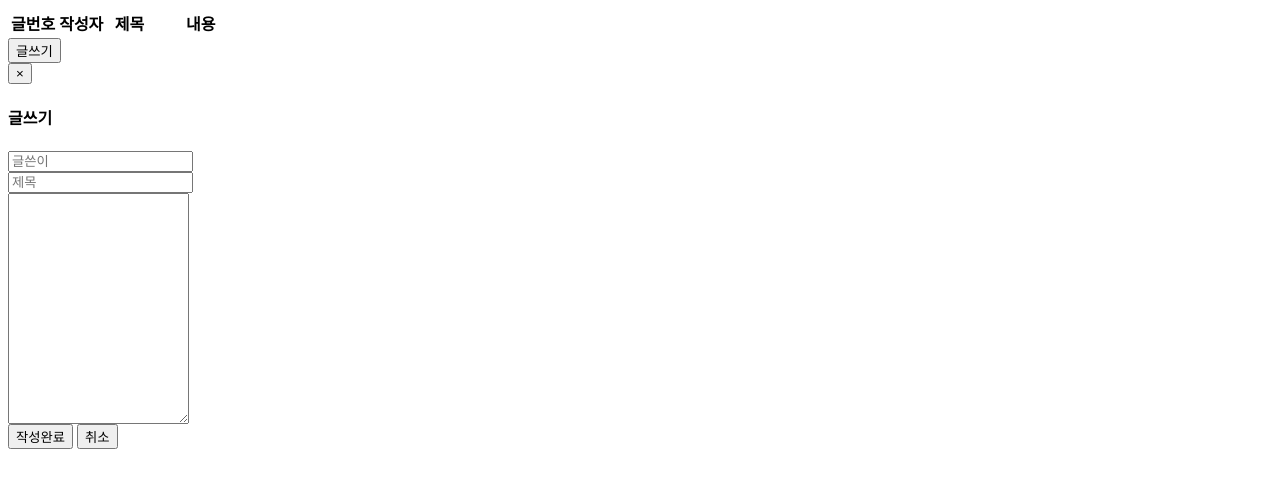
Repository: jjjikolpp/Developer
Page: http://localhost/myProject/include_normal_board.jsp
These files come from the project's save history. The page is drawn as it stood at one moment and after the next save; the edit follows.
The browser window is 1280 px wide. The pictures show the whole page.
The page is served by Tomcat 9. Nobody is signed in. The application's start-up code is not run. Other server files are loaded and not shown.

Above is the page before, as saved 2017-04-13 08:42:00.
Console error: ReferenceError: $ is not defined

### myProject/src/main/webapp/include_normal_board.jsp
<%@ page language="java" contentType="text/html; charset=UTF-8"
	pageEncoding="UTF-8"%>
<!DOCTYPE html PUBLIC "-//W3C//DTD HTML 4.01 Transitional//EN" "http://www.w3.org/TR/html4/loose.dtd">
<html>
<head>
<meta http-equiv="Content-Type" content="text/html; charset=UTF-8">
<title>Insert title here</title>
</head>
<script type="text/javascript">
	var title;
	var writer;
	var context;
	var nno;
	var pageNo = 1;
	var pageNum = 0;
	var state;
	//$(document).ready(normalViewAll());
	$(document).ready(count(1));

	function count(pageNo){

		console.log(pageNo);
		$.ajax({

			type : "get",
			url : "normal_count",
			dataType : "json",
			data : {pageNo : pageNo},
			success : function(data) {
				pageNum = data.count;
				console.log("count : " + data.count);
			},
			error : function(error) {
				console.log("normal_count err");
			}
		});
		setTimeout( () => {
		normalViewAll(pageNo);

		}, 10);
	}

	function normalViewAll(pageNo) {
		$("#jsonId").empty();


		$.ajax({

			type : "get",
			url : "normal",
			dataType : "json",
			data : {pageNo : pageNo},
			success : function(jsonData) {
				//console.log("data loding success");
				var str = "";
				var list = jsonData.datas;
				//console.log(list.length);
				//$("#jsonId").empty();
				$(list).each(
						function(index, objArr) {
							var splitid = this.n_context.substring(0,3);
							//console.log(splitid);

							str += '<tr>';
							str += '<td size="5">' + this.n_no + '</td>';
							str += '<td size="5">' + this.n_writer + '</td>';
							str += '<td size="10">' + this.n_title + '</td>';
							str += '<td>' + '<a href="#" onclick="selectShow('
									+ this.n_no + ')">' + splitid
									+ '<a>' + '</td>';
							str += '</tr>';
						});
				$("#jsonId").append(str) // 게시물
				// paging
				str = "";
				for (var a = 1; a <= pageNum; a++) {
					if (a  == pageNo) {

						str += a + "&nbsp";
					}else{
						str += '<a href="#" onclick="count('+ a + ')">' + a + '</a>' + '&nbsp';
					}
				}

				// 중
				$("#jsonId").append(str);

			},
			error : function() {
				console.log("normal_board_error");
			}

		});
	}

	function insertOk() { //작업중  //
		writer = $("#insertWriter").val();
		title = $("#insertTitle").val();
		context = $("#insertText").val();
		var formData = [ writer, title, context ];

		//
		console.log('insert 동작중');

		$.ajax({
			url : 'insertOk',
			dataType : 'json',
			type : 'POST',
			data : {
				writer : writer,
				title : title,
				context : context
			},
			success : function(stateData) {
				console.log(stateData);
				$("#jsonId").empty();
				normalViewAll("1");
			},
			error : function(error) {
				console.log(error);
			},
		});
		console.log('insert 동작 완료');

	}

	function selectShow(n_no) {
		$
				.ajax({
					url : 'selectNormal',
					dataType : 'json',
					type : 'GET',
					data : {
						n_no : n_no
					},
					success : function(jsonData) {
						nno = n_no;

						title = jsonData.n_title;
						writer = jsonData.n_writer;
						context = jsonData.n_context;
						var y = [ n_no, title, writer, context ];

						var str = "";
						str += '<button type="button" class="close" data-dismiss="modal">&times;</button>';

						str += '<div class="col-sm-9">';
						str += '<h4 class="modal-title">' + n_no + '번글</h4>'; // 1번호 작업
						str += '</div>';
						str += '<div class="col-sm-9" id="insertWriter">';
						str += '글쓴이 : ' + jsonData.n_writer;
						str += '</div></div>';

						str += '<div class="col-sm-9" id="insertTitle">';
						str += '제목 : ' + jsonData.n_title;
						str += '</div>';

						$("#modalTitle").html(str);

						str = "";
						str += '<div id="updateContext">'+jsonData.n_context+'</div>';

						$("#modalBody").html(str);

						str = "";

						str += '<button type="button" onclick="updateGo('
								+ n_no + ')"';
						str += 'class="btn btn-default">수정하러 가기</button>';
						str += '<button type="button" onclick="deleteGo('
								+ n_no + ')"';
						str += 'class="btn btn-default" data-dismiss="modal">글삭제</button>';

						str += '<button type="button" class="btn btn-default" data-dismiss="modal">취소</button>';

						$("#modalFooter").html(str);

						//modal을 띄워준다.

						$("#myModal").modal('show');

					},
					error : function(error) {
						console.log(error);
					},
				});

	}

	function updateGo(n_no) {
		state = 2;
		str = "";

		str += '<button type="button" class="close" data-dismiss="modal">&times;</button>';
		str += '<h4 class="modal-title">' + n_no + '번글 수정하기</h4>';
		str += '<div class="col-sm-3">';
		str += '<input class="form-control" id="insertWriter" name="name" type="text" placeholder="'+writer+'" value="'+writer+'" >';
		str += '</div>';
		str += '<div class="col-sm-9"><input type="text" class="form-control" id="insertTitle" placeholder="'+title+'" value="'+title+'"></div>';

		$("#modalTitle").html(str);

		str = "";

		str += '<textarea class="form-control" rows="15" id="insertText">'
				+ context + '</textarea>';

		$("#modalBody").html(str);

		str = '<button type="button" onclick="insertCheck('+state+');" class="btn btn-default" data-dismiss="modal">수정하기</button> <button type="button" class="btn btn-default" data-dismiss="modal">취소</button>';

		$("#modalFooter").html(str);
	}

	function updateOk() {
		title = $("#insertTitle").val();
		writer = $("#insertWriter").val();
		context = $("#insertText").val();
		console.log("title : " + title + ", writer : " + writer + ", context : " + context)

		$.ajax({
			url : 'updateOk',
			dataType : 'json',
			type : 'POST',
			data : {
				n_no : nno,
				title : title,
				writer : writer,
				context : context
			},
			success : function(data) {
				if (data.state == "UpdateCheckOk") {
					console.log("update 완료");
					$("#jsonId").empty();
					normalViewAll(1);
				} else if (data.state == "UpdateCheckNo") {
					console.log("update 실패")
				} else {
					console.log("updateOk() err")
				}
			},
			error : function(error) {

			}
		});

	};

	function deleteGo(n_no) {
		$.ajax({
			url : "deleteGo",
			method : "get",
			data : {
				n_no : n_no
			},
			dataType : "json",
			success : function(data) {
				if (data.state = "DeleteOk") {
					console.log("삭제 완료")
				} else if (data.state = "DeleteNo") {
					console.log("삭제 실패")
				} else {
					console.log("DeleteGo Controller err")
				}
			},
			error : function(error) {
				console.log("deleteGo err : " + error)
			}
		});
		$("#jsonId").empty();
		setTimeout("normalViewAll()", 30);

	}

	function getTextLength(str) { // 문자열 길이
        var len = 0;
        for (var i = 0; i < str.length; i++) {
            if (escape(str.charAt(i)).length == 6) {
                len++;
            }
            len++;
        }
        return len;
    }


	function insertCheck(state) { // 여기하는중
		//alert(getTextLength($("#insertWriter").val()));
		if ($.trim($("#insertWriter").val()) == "") {
			str = "";

			str += '<button type="button" class="close" data-dismiss="modal">&times;</button>';
			str += '<h4 class="modal-title">글쓰기</h4>';
			str += '<div class="col-sm-3 has-error">';
			str += '<input class="form-control" id="insertWriter" name="name" type="text" placeholder="글쓴이">';
			str += '<span class="glyphicon glyphicon-remove form-control-feedback"></span>';
			str += '</div>';
			str += '<div class="col-sm-9">';
			str += '<input type="text" class="form-control" id="insertTitle" placeholder="제목">';
			str += '</div>';

			$("#modalTitle").html(str);

			$('#myModal').modal({
				remote : 'modal.html'
			});

		} else if ($.trim($("#insertTitle").val()) == "") {
			var writer = $("#insertWriter").val();

			str = "";

			str += '<button type="button" class="close" data-dismiss="modal">&times;</button>';
			str += '<h4 class="modal-title">글쓰기</h4>';
			str += '<div class="col-sm-3">';
			str += '<input class="form-control" id="insertWriter" name="name" type="text" placeholder="글쓴이" value="'+writer+'">';
			str += '</div>';
			str += '<div class="col-sm-9 has-error">';
			str += '<input type="text" class="form-control" id="insertTitle" placeholder="제목">';
			str += '<span class="glyphicon glyphicon-remove form-control-feedback"></span>';
			str += '</div>';

			$("#modalTitle").html(str);

			//
			$('#myModal').modal({
				remote : 'modal.html'
			});

		} else if ($.trim($("#insertText").val()) == "") {

			str = "";
			str += '<div class="has-error">';
			str += '<span class="glyphicon glyphicon-remove form-control-feedback"></span>';
			str += '<textarea class="form-control " rows="15" id="insertText" placeholder="내용이 있어야 합니다"></textarea>';

			str += '</div>';
			$("#modalBody").html(str);
			$('#myModal').modal({
				remote : 'modal.html'
			});

		} else {
			if (state == 1) {
				insertOk();

			}else if (state == 2){
				updateOk();
			}else {
				alert("insert / update Check err")
				return;
			}
			$('#myModal').modal('hide');
		}
	}

	function writeView() {
		state = "1";
		var str = "";

		str += '<button type="button" class="close" data-dismiss="modal">&times;</button>';
		str += '<h4 class="modal-title">글쓰기</h4>';
		str += '<div class="col-sm-3">';
		str += '<input class="form-control" id="insertWriter" name="name" type="text" placeholder="글쓴이">';
		str += '</div>';
		str += '<div class="col-sm-9">';
		str += '<input type="text" class="form-control" id="insertTitle" placeholder="제목">';
		str += '</div>';

		$("#modalTitle").html(str);

		str = "";

		str += '<textarea class="form-control " rows="15" id="insertText"></textarea>';

		//
		$("#modalBody").html(str);

		str = "";

		str += '<button type="button" onclick="insertCheck('+state+')" class="btn btn-default" >작성완료</button>';
		str += '<button type="button" class="btn btn-default" data-dismiss="modal">취소</button>';

		str += '</div>';

		$("#modalFooter").html(str);
		$("#myModal").modal('show');

	}
</script>
<body>
	<div class="container bg-3">
		<table class="table">
			<thead>
				<tr>
					<th>글번호</th>
					<th width="20%">작성자</th>
					<th width="20%">제목</th>
					<th width="40%">내용</th>
				</tr>
			</thead>
			<tbody id="jsonId">


			</tbody>

		</table>

		<!-- Trigger the modal with a button -->
		<button type="button" class="btn btn-default" onclick="writeView()">글쓰기</button>

		<!-- Modal -->
		<div id="myModal" class="modal fade" role="dialog">
			<div class="modal-dialog">

				<!-- Modal content-->
				<div class="modal-content">
					<div class="modal-header" id="modalTitle">
						<button type="button" class="close" data-dismiss="modal">&times;</button>
						<h4 class="modal-title">글쓰기</h4>
						<div class="col-sm-3">
							<input class="form-control" id="insertWriter" name="name"
								type="text" placeholder="글쓴이">
						</div>
						<div class="col-sm-9">
							<input type="text" class="form-control" id="insertTitle"
								placeholder="제목">
						</div>
					</div>
					<div class="modal-body" id="modalBody">
						<textarea class="form-control" rows="15" id="insertText"></textarea>
					</div>
					<div class="modal-footer" id="modalFooter">
						<button type="button" onclick="insertOk();"
							class="btn btn-default" data-dismiss="modal">작성완료</button>
						<button type="button" class="btn btn-default" data-dismiss="modal">취소</button>
					</div>
				</div>

			</div>
		</div>




	</div>
	<script type="text/javascript">

	</script>


</body>
</html>

After the next save:
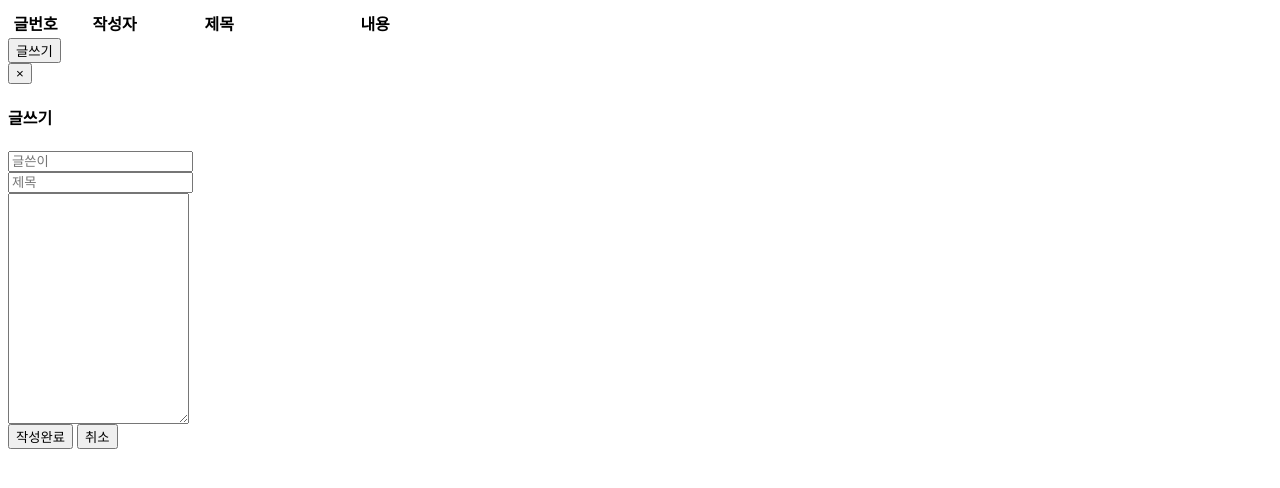
Saved 12 s later.
--- a/myProject/src/main/webapp/include_normal_board.jsp
+++ b/myProject/src/main/webapp/include_normal_board.jsp
@@ -393,7 +393,7 @@
 		<table class="table">
 			<thead>
 				<tr>
-					<th>글번호</th>
+					<th width="10%">글번호</th>
 					<th width="20%">작성자</th>
 					<th width="20%">제목</th>
 					<th width="40%">내용</th>
